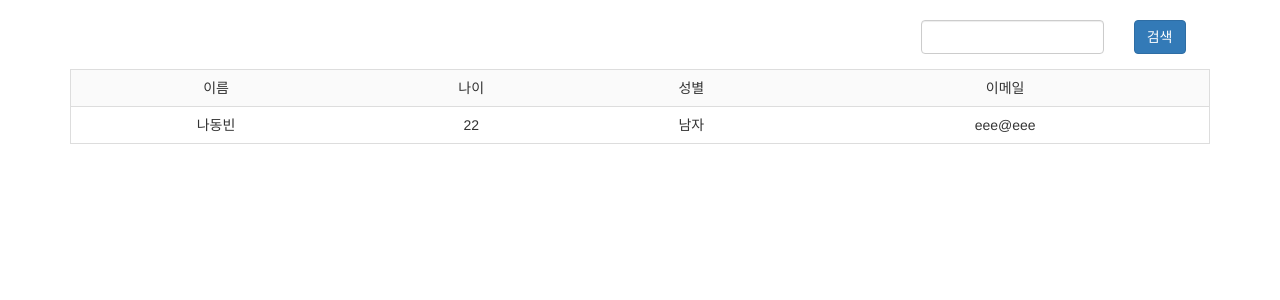
Repository: pojh5090/AJAX
Page: http://localhost/Ajax/
An editor plug-in stored every save of this project. The page is shown before and after the next save, followed by the edit.
The browser window is 1280 px wide. The pictures show the whole page.
Some web libraries are served in a nearby version. The page is served by Tomcat 9. Other server files are loaded and not shown.

Above is the page before, as saved 2020-03-04 10:06:46.

### Ajax/WebContent/index.jsp
<%@ page contentType="text/html; charset=UTF-8" pageEncoding="UTF-8"%>
<!DOCTYPE html>
<html>
<head>
	<meta http-equiv="Content-Type" content="text/html; charset=UTF-8">
	<meta name="viewpoint" content="width=device-width, initial-scale=1">
	<link rel="stylesheet" href="css/bootstrap.css">
	<title>JSP AJAX</title>
	<script src= "https://code.jquery.com/jquery-3.1.1.min.js"></script>
	<script src="js/bootstrap.js"></script>
</head>
<body>
	<br>
	<div class="container">
		<div class="form-group row pull-right">
			<div class="col-xs-8">
				<input class="form-control" type="text" size="20">
			</div>
			<div class="col-xs-2">
				<button class="btn btn-primary" type="button">검색</button>
			</div>
		</div>
		<table class="table" style="text-align: center; border: 1px solid #dddddd">
			<thead>
				<tr>
					<td style="background-color: #fafafa; text-align:center;">이름</td>
					<td style="background-color: #fafafa; text-align:center;">나이</td>
					<td style="background-color: #fafafa; text-align:center;">성별</td>
					<td style="background-color: #fafafa; text-align:center;">이메일</td>
				</tr>
			</thead>
				<tr>
					<td>나동빈</td>
					<td>22</td>
					<td>남자</td>
					<td>eee@eee</td>
				</tr>
	</div>
</body>
</html>

Loaded but not shown: Ajax/WebContent/css/bootstrap.css (library); Ajax/WebContent/js/bootstrap.js (library)

After the next save:
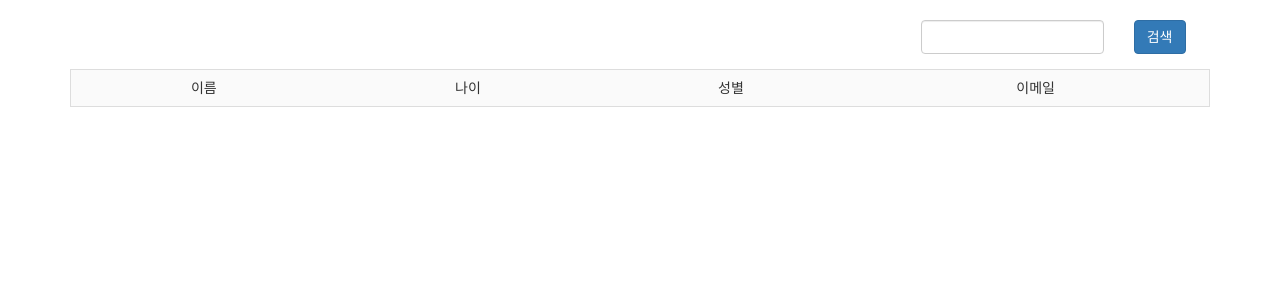
Console error: SyntaxError: Unexpected string
Saved 42 min 42 s later.
--- a/Ajax/WebContent/index.jsp
+++ b/Ajax/WebContent/index.jsp
@@ -8,16 +8,39 @@
 	<title>JSP AJAX</title>
 	<script src= "https://code.jquery.com/jquery-3.1.1.min.js"></script>
 	<script src="js/bootstrap.js"></script>
+	<script type="text/javascript">
+		var request = new XMLHttpRequest();
+		function searchFunction() {
+			request.open("Post", "./UserSearchServlet?userName=" + encodeURLComponent(document.getElementById("userName")), true)''
+			request.onreadystatechange = searchProcess;
+			request.send(null);
+		}
+		function searchProcess() {
+			var table = document.getElementById("ajaxTable");
+			table.innerHTML = "";
+			if(request.readyState == 4 && request.status == 200) {
+				var object = eval('('+ request.responseText +')');
+				var result = object.result;   //회원들의 정보가 담긴 배열을 가져오겠다
+				for(var i = 0; i < result.length; i++) {
+					var row = table.insertRow(0);  //하나의 행을 반들어 줄 수 있도록
+					for(var j = 0; j < result[i].length; j++) {
+						var cell = row.insertCell(j);
+						cell.innerHTML = result[i][j].value;
+					}
+				}
+			}
+		}
+	</script>
 </head>
 <body>
 	<br>
 	<div class="container">
 		<div class="form-group row pull-right">
 			<div class="col-xs-8">
-				<input class="form-control" type="text" size="20">
+				<input class="form-control" id="userName" onkeyup="searchFunction()" type="text" size="20">
 			</div>
 			<div class="col-xs-2">
-				<button class="btn btn-primary" type="button">검색</button>
+				<button class="btn btn-primary" onclick="searchFunction();" type="button">검색</button>
 			</div>
 		</div>
 		<table class="table" style="text-align: center; border: 1px solid #dddddd">
@@ -29,12 +52,9 @@
 					<td style="background-color: #fafafa; text-align:center;">이메일</td>
 				</tr>
 			</thead>
-				<tr>
-					<td>나동빈</td>
-					<td>22</td>
-					<td>남자</td>
-					<td>eee@eee</td>
-				</tr>
+			<tbody id="ajaxTable">
+			</tbody>
+		</table>
 	</div>
 </body>
 </html>
